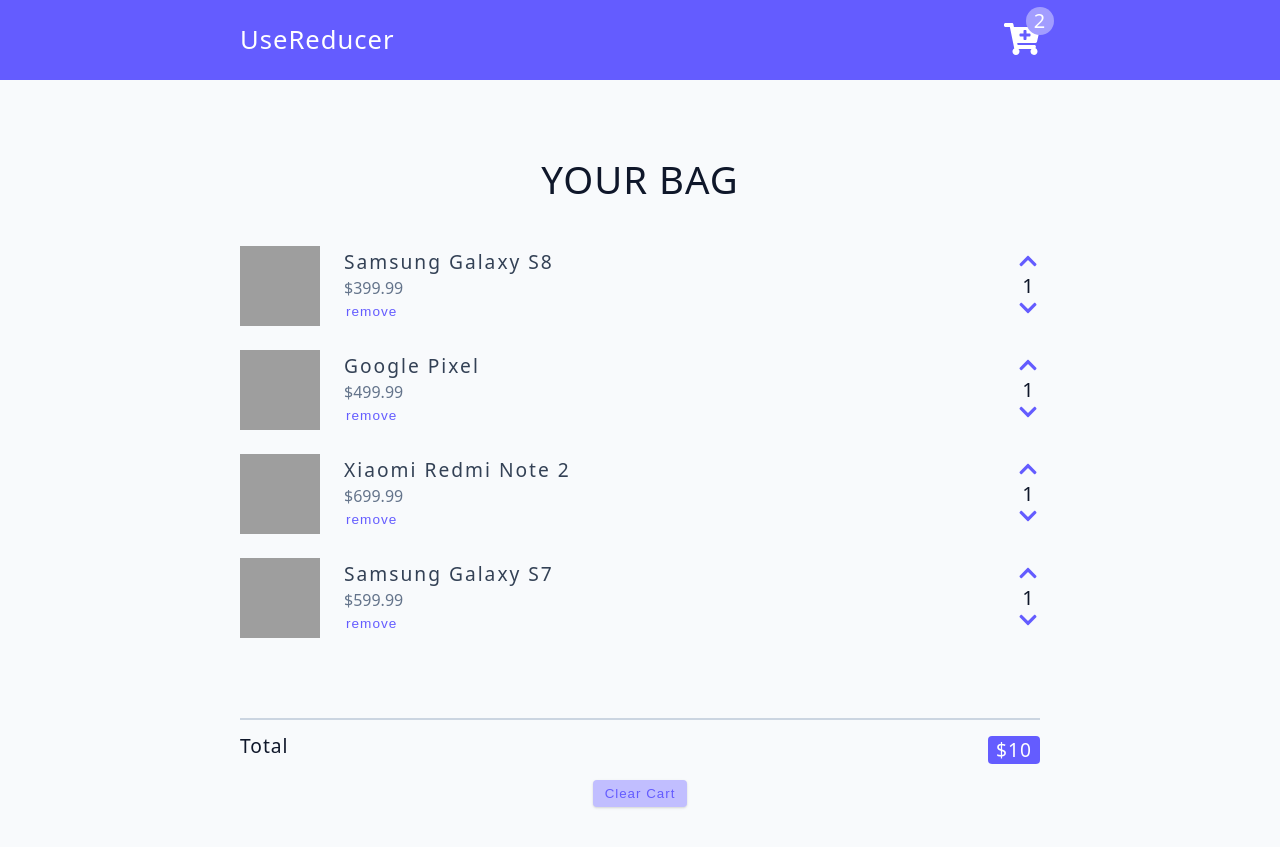
Repository: dydals3440/React-Projects
Page: / (app in 04-fundamental-projects/14-cart/starter/)
The author's editor kept a copy of each file at every save. The page is drawn from the files as they stood at one save, then again after the next save.
The browser window is 1280 px wide. The pictures show the whole page.
Pictures or frames that could not be fetched are drawn as grey boxes. The project was rebuilt for these pictures with package versions that can differ from the ones it lists, and the page was loaded fresh each time. Also part of the build but not shown: 04-fundamental-projects/14-cart/starter/vite.config.js.

Above is the page before, as saved 2023-09-12 11:47:12.

After the next save:
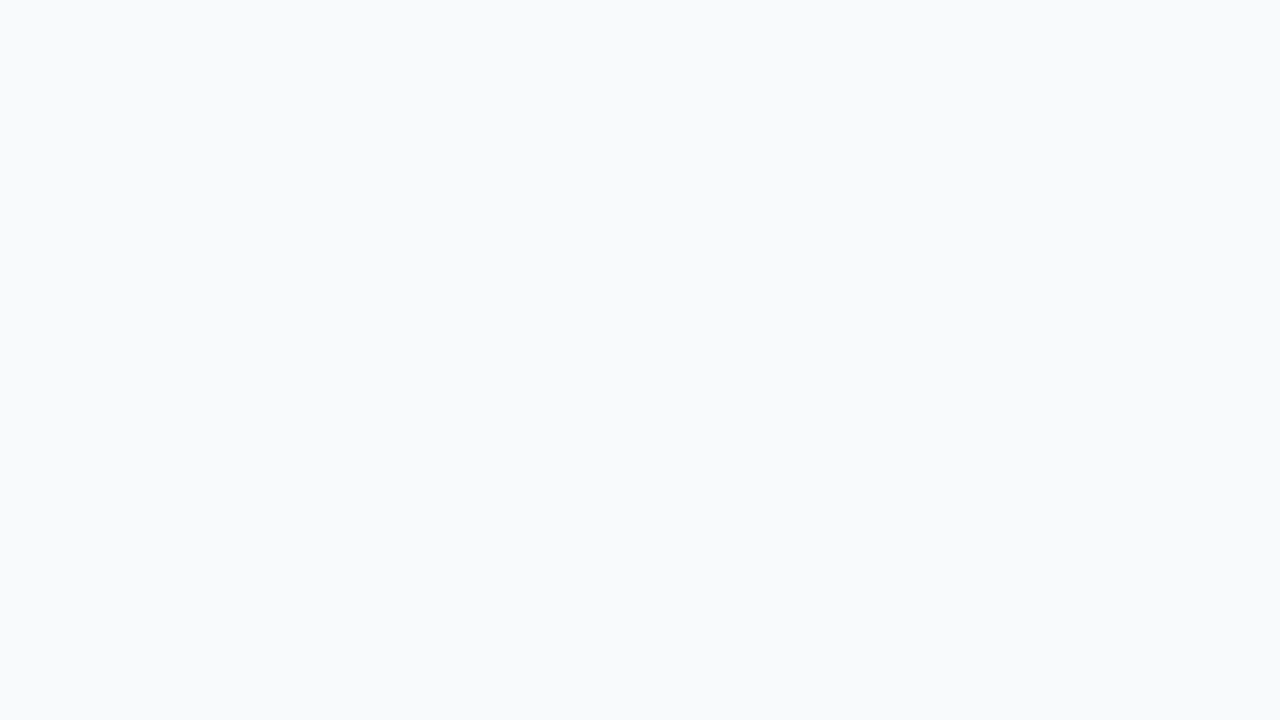
Console error: ReferenceError: decrease is not defined
Saved 82 s later.
--- a/04-fundamental-projects/14-cart/starter/src/store/context.jsx
+++ b/04-fundamental-projects/14-cart/starter/src/store/context.jsx
@@ -40,7 +40,9 @@
   };
 
   return (
-    <AppContext.Provider value={{ ...state, clearCart, remove, increase }}>
+    <AppContext.Provider
+      value={{ ...state, clearCart, remove, increase, decrease }}
+    >
       {children}
     </AppContext.Provider>
   );

After the save that followed:
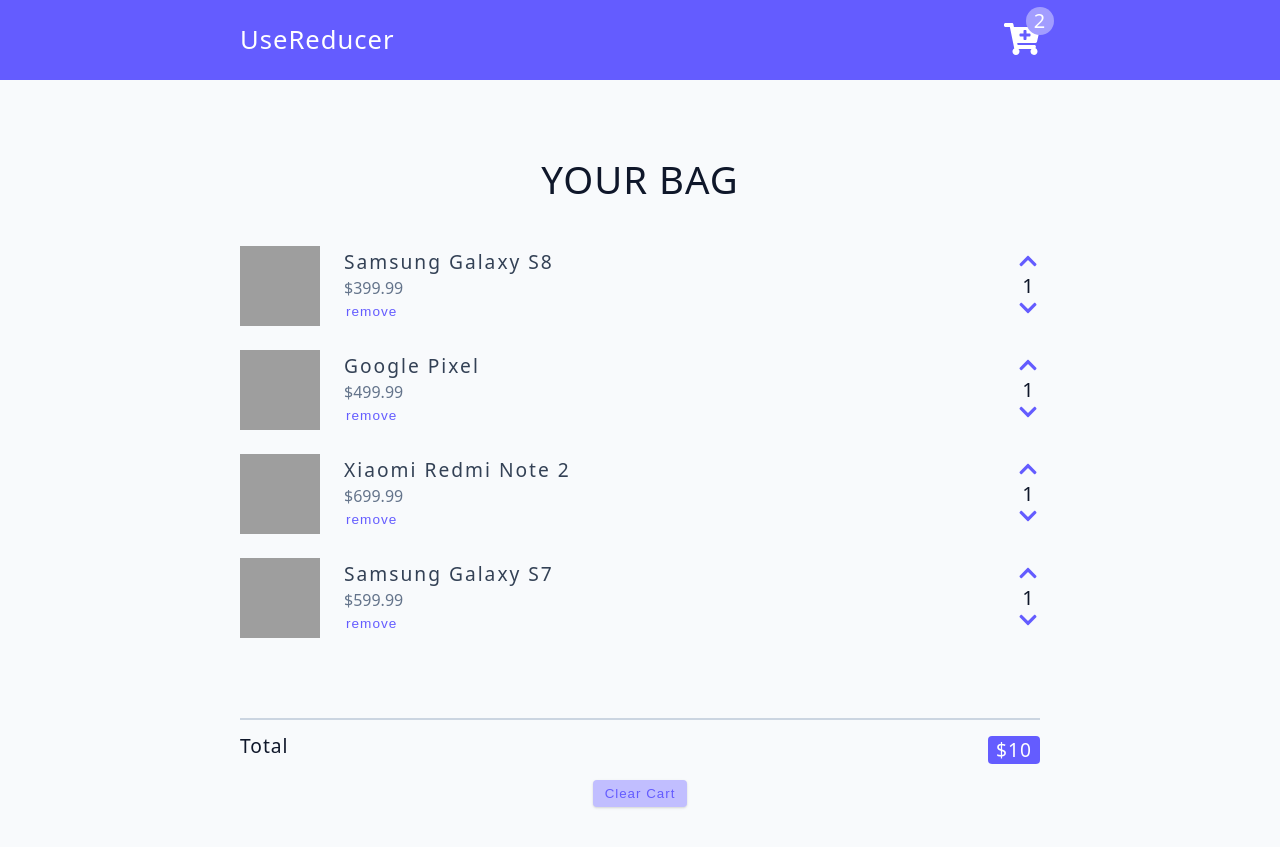
The error is gone.
Saved 13 s later.
--- a/04-fundamental-projects/14-cart/starter/src/store/context.jsx
+++ b/04-fundamental-projects/14-cart/starter/src/store/context.jsx
@@ -39,6 +39,10 @@
     dispatch({ type: INCREASE, payload: { id } });
   };
 
+  const decrease = (id) => {
+    dispatch({ type: DECREASE, payload: { id } });
+  };
+
   return (
     <AppContext.Provider
       value={{ ...state, clearCart, remove, increase, decrease }}
